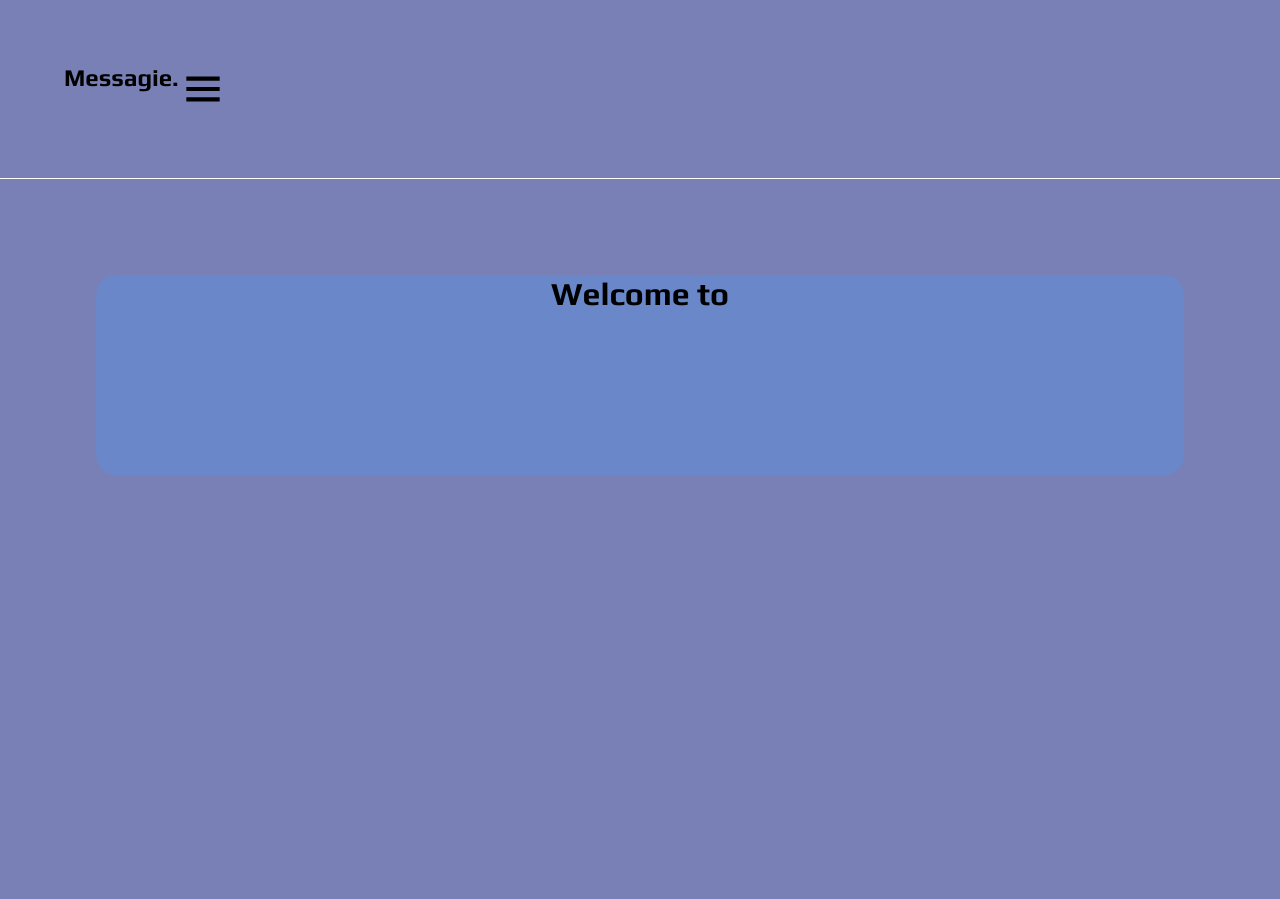
Repository: shaelorch/typeytalkey
Page: /
An editor plug-in stored every save of this project. The page is shown before and after the next save, followed by the edit.
The browser window is 1280 px wide. The pictures show the whole page.
The project was rebuilt for these pictures with package versions that can differ from the ones it lists, and the page was loaded fresh each time. The framework's server and built-in components were replaced by stand-ins that run in the browser. Also part of the build but not shown: next.config.js.

Above is the page before, as saved 2023-02-24 14:40:11.

After the next save:
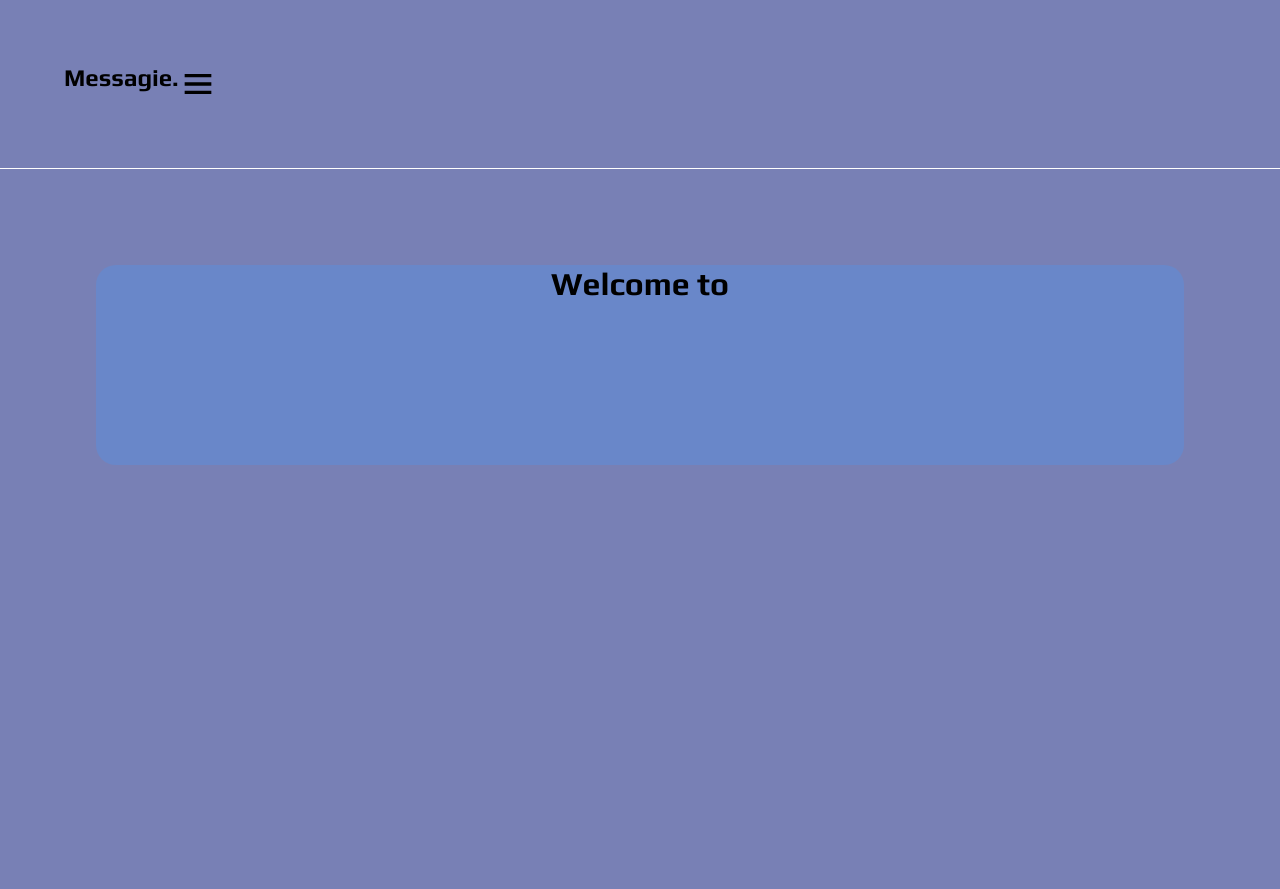
Saved 4 s later.
--- a/comps/Logo.js
+++ b/comps/Logo.js
@@ -6,7 +6,7 @@
     return (
         <div className={styles.logocont} >
             <h2>Messagie.</h2>
-            <BiMenu size={50}/>
+            <BiMenu size={40}/>
         </div>
     )
 }
